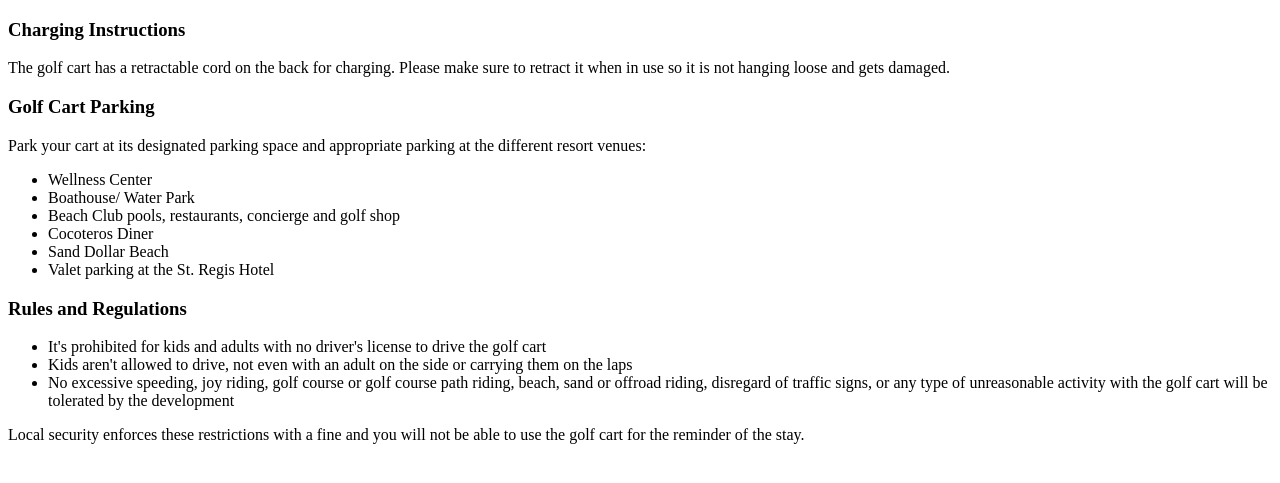
Repository: chvg1968/luxephonebook
Page: public/pages/golfcart.html
These files come from the project's save history. The page is drawn as it stood at one moment and after the next save; the edit follows.
The browser window is 1280 px wide. The pictures show the whole page.

Above is the page before, as saved 2025-02-01 23:00:50.

After the next save:
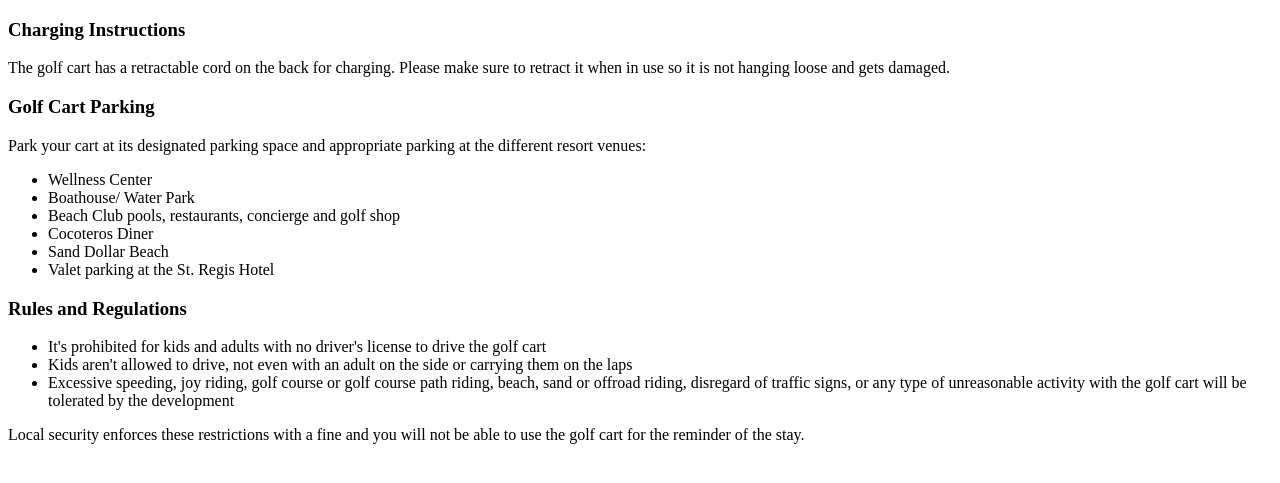
Saved 3 min 24 s later.
--- a/public/pages/golfcart.html
+++ b/public/pages/golfcart.html
@@ -31,7 +31,7 @@
             <ul>
                 <li>It's prohibited for kids and adults with no driver's license to drive the golf cart</li>
                 <li>Kids aren't allowed to drive, not even with an adult on the side or carrying them on the laps</li>
-                <li>No excessive speeding, joy riding, golf course or golf course path riding, beach, sand or offroad riding, disregard of traffic signs, or any type of unreasonable activity with the golf cart will be tolerated by the development</li>
+                <li>Excessive speeding, joy riding, golf course or golf course path riding, beach, sand or offroad riding, disregard of traffic signs, or any type of unreasonable activity with the golf cart will be tolerated by the development</li>
             </ul>
             <p class="warning-text">Local security enforces these restrictions with a fine and you will not be able to use the golf cart for the reminder of the stay.</p>
         </div>
